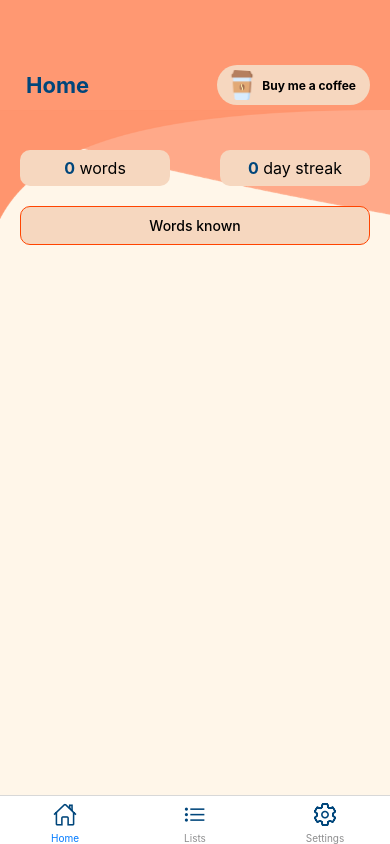
Repository: David-Waite/SpellingApp
Screen: /
The author's editor kept a copy of each file at every save. The screen is drawn from the files as they stood at one save, then again after the next save.
The app was drawn by React Native's web renderer in a window 390 px wide. The project was rebuilt for these pictures with package versions that can differ from the ones it lists, and the page was loaded fresh each time. Also part of the build but not shown: screens/Settings.js, screens/SpellWord.js, screens/WordsLearnt.js, screens/WordListOverview.js, screens/WordLists.js, screens/Donate.js.

Above is the screen before, as saved 2023-06-22 22:29:12.

After the next save:
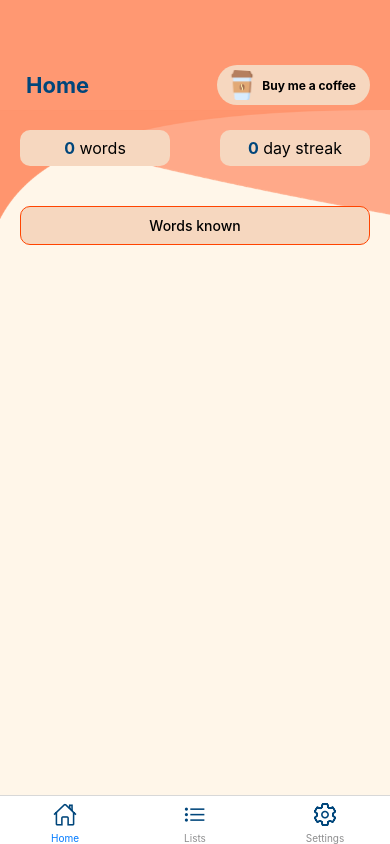
Saved 18 s later.
--- a/screens/Home.js
+++ b/screens/Home.js
@@ -40,7 +40,7 @@ const styles = StyleSheet.create({
   statContainer: {
     flexDirection: "row",
     justifyContent: "space-between",
-    marginVertical: 20,
+    marginBottom: 40,
   },
   container: {
     padding: 20,
